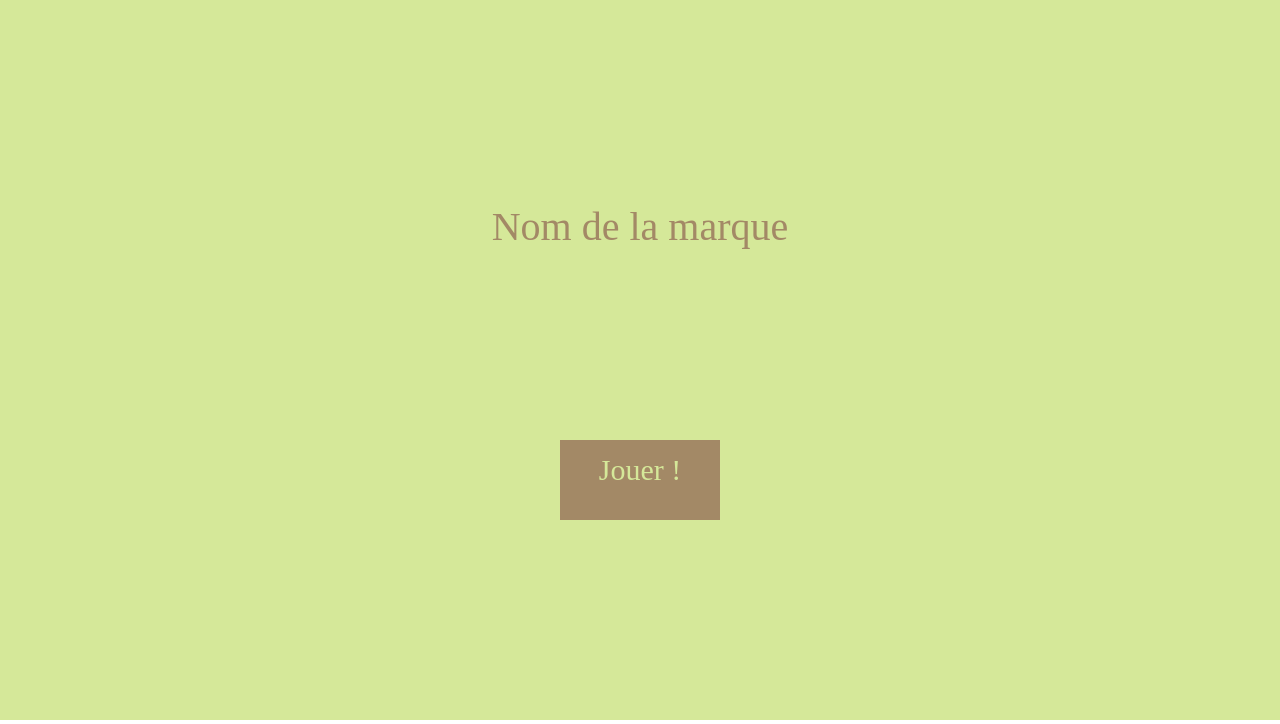
Repository: jean-baptiste-josselin/basket-game
Page: index.html
These files come from the project's save history. The page is drawn as it stood at one moment and after the next save; the edit follows.
The browser window is 1280 px wide. The pictures show the whole page.

Above is the page before, as saved 2021-06-14 23:41:23.

### index.html
<!DOCTYPE html>
<html lang="en">
  <head>
    <meta charset="UTF-8" />
    <meta http-equiv="X-UA-Compatible" content="IE=edge" />
    <meta name="viewport" content="width=device-width, initial-scale=1.0" />
    <link rel="icon" href="favicon.ico" />
    <title>Exercice 3</title>
    <style>
      * {
        margin: 0;
        width: 100%;
        height: 100%;
      }
      canvas {
        background-color: #d5e899;
      }
    </style>
  </head>
  <body>
    <script>
      window.onload = () => {
        init();
        window.addEventListener("resize", init, false);
      };

      // Déclaration de variables
      let canvas = document.createElement("canvas");
      canvas.id = "canvas";
      canvas.width = window.innerWidth;
      canvas.height = window.innerHeight;

      let body = document.getElementsByTagName("body")[0];

      body.appendChild(canvas);

      let ctx = canvas.getContext("2d");
      let basketX = canvas.width / 3;
      let basketY = canvas.height / 6;
      let donuts = [];
      let minx = Math.ceil(30);
      let maxx = Math.floor(canvas.width - 30);
      let miny = -30;
      let maxy = -2000;
      let score = 0;
      let count = 0;
      let checky = canvas.height;
      let gamestatus = 0;
      let donutstatus = 0;
      let cmiddlex = canvas.width / 2;
      let cmiddley = canvas.height / 2;
      let move = false;
      let name = "Nom de la marque";
      let game;
      let flag = true;
      let share = "Partager votre score sur : ";
      let colors = [
        { color: "#fa626d" },
        { color: "#0ff1ce" },
        { color: "#fcea8b" },
        { color: "#a020f0" },
        { color: "#e76aa3" },
        { color: "#eebbf5" },
        { color: "#008080" },
        { color: "#fcea8b" },
        { color: "#805b00" },
        { color: "#800020" },
      ];

      function init() {
        canvas.width = window.innerWidth;
        canvas.height = window.innerHeight;

        basketX = canvas.width / 3;
        basketY = canvas.height / 6;

        cmiddlex = canvas.width / 2;
        cmiddley = canvas.height / 2;

        if (gamestatus == 0) {
          drawStart();
        }
        if (gamestatus == 1) {
          draw();
        }
        if (gamestatus == 2) {
          finish();
        }
      }

      // Création d'un tableau contenant les donuts
      for (a = 0; a < colors.length; a++) {
        let location = new Object();
        location.x = rand(maxx, minx);
        location.y = rand(maxy, miny);
        location.status = 1;
        let icolor = Math.floor(Math.random() * colors.length);
        let color = colors[icolor].color;
        location.color = color;
        donuts.push(location);
      }

      // Déclaration variable tot = longueur du tableau de donuts
      let tot = donuts.length;

      // Event listener click sur les boutons
      canvas.addEventListener("click", (e) => {
        let clientX = e.offsetX;
        let clientY = e.offsetY;

        if (gamestatus == 0) {
          if (
            clientX >= canvas.width / 2 - 80 &&
            clientX <= canvas.width / 2 + 80 &&
            clientY >= canvas.height - canvas.height / 3 - 40 &&
            clientY <= canvas.height - canvas.height / 3 + 40
          ) {
            donutstatus = 1;
            gamestatus = 1;
            draw();
          }
        }

        if (gamestatus == 2) {
          if (
            clientX > cmiddlex + 80 &&
            clientX < cmiddlex + 160 &&
            clientY > canvas.height - 85 &&
            clientY < canvas.height - 45
          ) {
            window.location.href = "https://twitter.com/?lang=fr";
          }
        }
      });

      // Event listener mouse up
      canvas.addEventListener("mouseup", (e) => {
        move = false;
        console.log(move);
      });

      canvas.addEventListener('mousedown', (e) => {
        let clientX = e.offsetX;
        let clientY = e.offsetY;

        if (gamestatus == 1) {
          if (
            clientX > basketX &&
            clientX < basketX + canvas.width / 3 &&
            clientY > canvas.height - canvas.height / 6 &&
            clientY < canvas.height
          ) {
            move = true;
            if (flag) {
              game = setInterval(draw, 1);
              flag = false;
            }
          }
        }
      })

      // Event listener mouse move pour bouger le panier
      canvas.addEventListener(
        "mousemove",
        (e) => {
          if (gamestatus == 1) {
            if (move) {
              basketX = e.offsetX - 85;
            }
          }
        },
        false
      );

      // Fonction random
      function rand(min, max) {
        return Math.round(Math.random() * (max - min + 1) + min);
      }

      // Fonction dessin score
      function drawScore() {
        if (gamestatus == 1) {
          ctx.font = "17px Arial";
          ctx.fillStyle = "#a38966";
          ctx.fillText("Score: " + score + " /" + tot, canvas.width / 2, 20);
        }
      }

      // Fonction dessin donuts
      function drawDonut() {
        if (donutstatus == 1) {
          for (c = 0; c < donuts.length; c++) {
            let donut = donuts[c];
            if (donut.status == 1) {
              if (
                donut.x > basketX &&
                donut.x < basketX + canvas.width / 3 &&
                donut.y > canvas.height - basketY &&
                donut.y < canvas.height
              ) {
                donut.status = 0;
                score++;
              } else {
                ctx.beginPath();
                ctx.arc(donut.x, donut.y, 28, 0, Math.PI * 2);
                ctx.fillStyle = donut.color;
                ctx.fill();
                ctx.beginPath();
                ctx.arc(donut.x, donut.y, 10, 0, Math.PI * 2);
                ctx.fillStyle = "#d5e899";
                ctx.fill();
                ctx.closePath();
                donut.y++;
              }
              if (donut.y == checky) {
                count++;
              }
            }
          }
        }
      }

      // Fonction dessin écran d'accueil
      function drawStart() {
        if (gamestatus == 0) {
          ctx.beginPath();
          ctx.font = "40px serif";
          ctx.textAlign = "center";
          ctx.fillStyle = "#a38966";
          ctx.fillText(name, canvas.width / 2, canvas.height / 3);
          ctx.rect(
            canvas.width / 2 - 80,
            canvas.height - canvas.height / 3 - 40,
            160,
            80
          );
          ctx.fillStyle = "#a38966";
          ctx.fill();
          ctx.font = "30px serif";
          ctx.fillStyle = "#d5e899";
          ctx.fillText(
            "Jouer !",
            canvas.width / 2,
            canvas.height - canvas.height / 3
          );
        }
      }

      // Fonction dessin panier
      function drawBascket() {
        if (gamestatus == 1) {
          if (basketX <= 0) {
            basketX = 0;
          }
          if (basketX > (2 * canvas.width) / 3) {
            basketX = (2 * canvas.width) / 3;
          }

          ctx.beginPath();
          ctx.moveTo(basketX, canvas.height - basketY);
          ctx.lineTo(basketX + canvas.width / 3, canvas.height - basketY);
          ctx.lineTo(basketX + canvas.width / 4, canvas.height);
          ctx.lineTo(basketX + canvas.width / 12, canvas.height);
          ctx.lineTo(basketX, canvas.height - basketY);
          ctx.fillStyle = "#a38966";
          ctx.fill();
          ctx.closePath();
        }
      }

      // Fonction dessin écran de fin
      function finish() {
        let text =
          "Félicitations vous avez attrapé : " +
          score +
          " céréales sur " +
          tot +
          " !!!";
        let words = text.split(" ");
        let twitterx = canvas.width + 80;
        let line = "";
        if (gamestatus == 2) {
          ctx.beginPath();
          ctx.font = "60px serif";
          ctx.textAlign = "center";
          ctx.fillStyle = "#a38966";
          ctx.fillText(name, cmiddlex, 200, cmiddlex);
          ctx.font = "22px serif";
          ctx.fillStyle = "#a38966";

          for (d = 0; d < words.length; d++) {
            let testline = line + words[d] + " ";
            let metrics = ctx.measureText(testline);
            let textwidth = metrics.width;
            if (textwidth >= canvas.width / 6) {
              ctx.fillText(line, cmiddlex, cmiddley);
              line = words[d] + " ";
              cmiddley += 24;
            } else {
              line = testline;
            }
          }
          ctx.fillText(line, cmiddlex, cmiddley);
          ctx.font = "24px serif";
          ctx.fillStyle = "#a38966";
          ctx.fillText(share, cmiddlex, canvas.height - 60, 140);
          ctx.rect(cmiddlex + 80, canvas.height - 85, 80, 40);
          ctx.fillStyle = "#a38966";
          ctx.fill();
          ctx.font = "20px serif";
          ctx.fillStyle = "#d5e899";
          ctx.fillText("Twitter", cmiddlex + 120, canvas.height - 60);
        }
      }

      // Fonction appel des dessins et nettoie le canvas
      function draw() {
        ctx.clearRect(0, 0, canvas.width, canvas.height);
        drawDonut();
        drawScore();
        drawBascket();

        if (tot == score + count || tot == score) {
          gamestatus = 2;
          clearInterval(game);
          ctx.clearRect(0, 0, canvas.width, canvas.height);
          finish();
        }
      }

      drawStart();
    </script>
  </body>
</html>

After the next save:
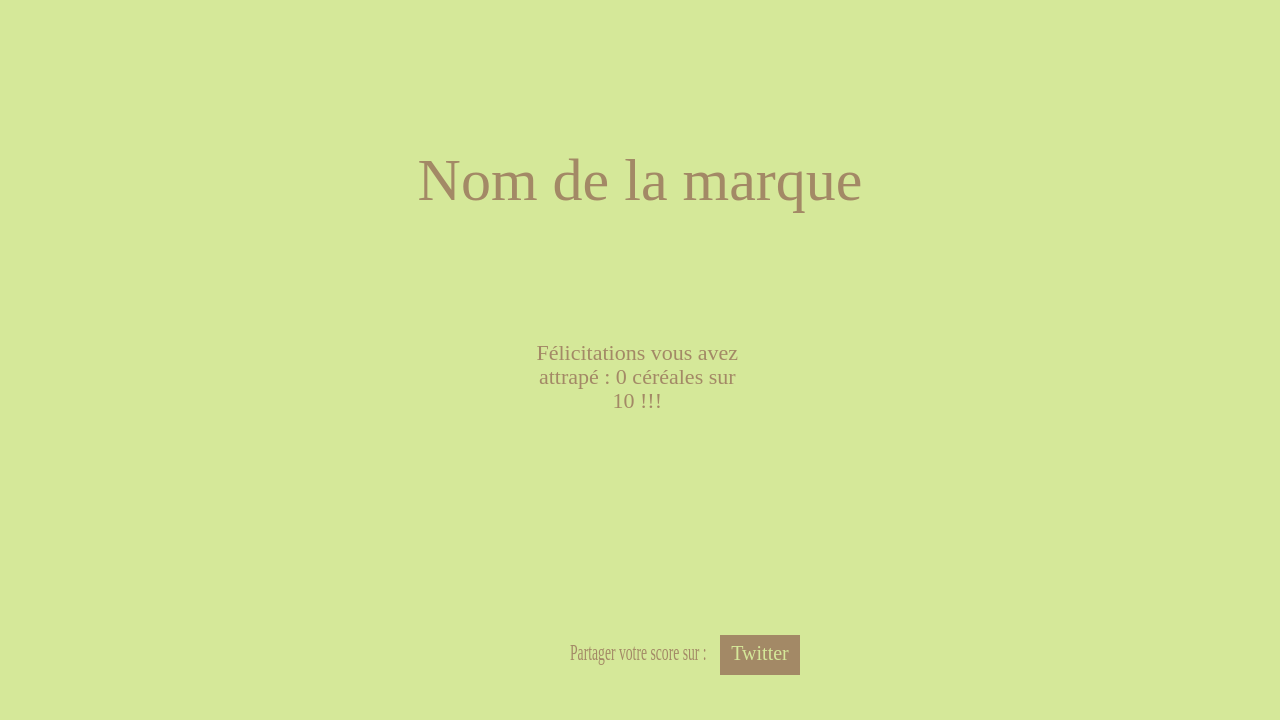
Saved 39 s later.
--- a/index.html
+++ b/index.html
@@ -45,7 +45,7 @@
       let score = 0;
       let count = 0;
       let checky = canvas.height;
-      let gamestatus = 0;
+      let gamestatus = 2;
       let donutstatus = 0;
       let cmiddlex = canvas.width / 2;
       let cmiddley = canvas.height / 2;

After the 3 saves that followed:
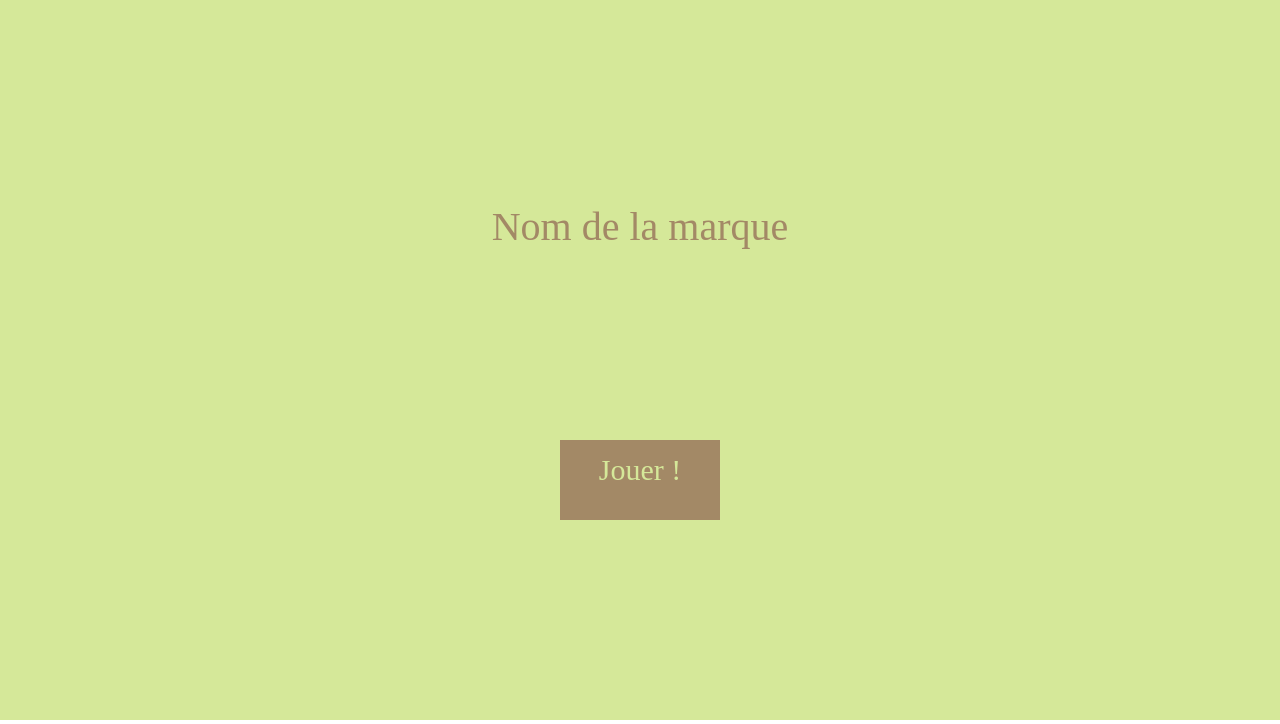
The 3 saves are shown as one change because 2 left the picture as it was.
The last was saved 114 s later.
--- a/index.html
+++ b/index.html
@@ -45,7 +45,7 @@
       let score = 0;
       let count = 0;
       let checky = canvas.height;
-      let gamestatus = 2;
+      let gamestatus = 0;
       let donutstatus = 0;
       let cmiddlex = canvas.width / 2;
       let cmiddley = canvas.height / 2;
@@ -136,10 +136,9 @@
       // Event listener mouse up
       canvas.addEventListener("mouseup", (e) => {
         move = false;
-        console.log(move);
       });
 
-      canvas.addEventListener('mousedown', (e) => {
+      canvas.addEventListener("mousedown", (e) => {
         let clientX = e.offsetX;
         let clientY = e.offsetY;
 
@@ -157,7 +156,7 @@
             }
           }
         }
-      })
+      });
 
       // Event listener mouse move pour bouger le panier
       canvas.addEventListener(
